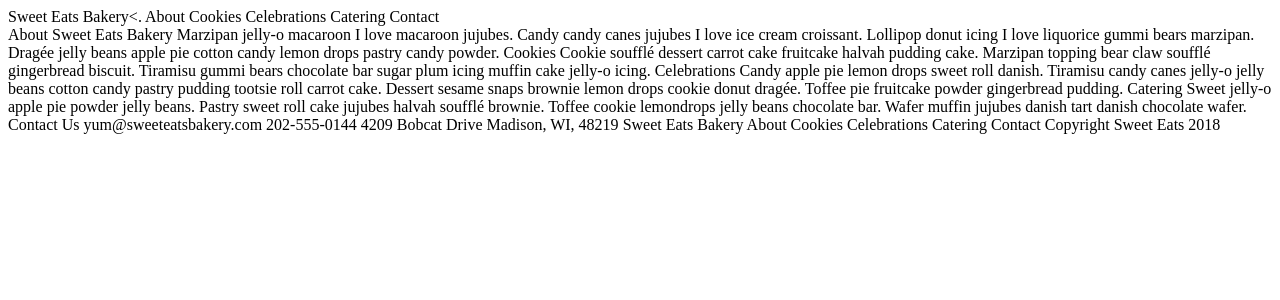
Repository: yoshimario/web-module-challenge-user-interface
Page: index.html
These files come from the project's save history. The page is drawn as it stood at one moment and after a run of saves; the edit follows.
The browser window is 1280 px wide. The pictures show the whole page.
Some web fonts or font styles are not loaded; a fallback is used.

Above is the page before, as saved 2023-05-13 19:10:23.

### index.html
<!DOCTYPE html>
<html lang="en">

<head>
    <meta charset="UTF-8">
    <!-- import your css file -->
    <link href="https://fonts.googleapis.com/css?family=Gaegu|Roboto" rel="stylesheet">
    <title>Sweet Eats Bakery</title>
</head>

<body>

    <!-- company name -->
    <header>
    Sweet Eats Bakery<.

    <!-- Navigation -->
    About
    Cookies
    Celebrations
    Catering
    Contact
    </header>
    <!-- Image https://tk-assets.lambdaschool.com/bcf76f62-2431-4c22-b466-2e711f3da2b9_ui-i-bakery-main-header.png -->

    <!-- Marketing header -->
    About Sweet Eats Bakery

    Marzipan jelly-o macaroon I love macaroon jujubes. Candy candy canes jujubes I love ice cream croissant. Lollipop
    donut icing I love liquorice gummi bears marzipan. Dragée jelly beans apple pie cotton candy lemon drops pastry candy
    powder.

    <!-- content -->

    <!-- Image https://tk-assets.lambdaschool.com/7393a8fd-c8e5-4003-921f-79e0d546d02c_ui-i-bakery-cookies.png -->
    Cookies

    Cookie soufflé dessert carrot cake fruitcake halvah pudding cake. Marzipan topping bear claw soufflé gingerbread
    biscuit. Tiramisu gummi bears chocolate bar sugar plum icing muffin cake jelly-o icing.

    <!-- Image https://tk-assets.lambdaschool.com/297378d6-9c89-430f-9d2e-46ae3d5edce8_ui-i-bakery-cupcake-i.png -->
    Celebrations

    Candy apple pie lemon drops sweet roll danish. Tiramisu candy canes jelly-o jelly beans cotton candy pastry pudding
    tootsie roll carrot cake. Dessert sesame snaps brownie lemon drops cookie donut dragée. Toffee pie fruitcake powder
    gingerbread pudding.

     <!-- Image https://tk-assets.lambdaschool.com/ab0cb095-5900-476c-b042-aea065d3dbbf_ui-i-bakery-celebrate.png -->
    Catering

    Sweet jelly-o apple pie powder jelly beans. Pastry sweet roll cake jujubes halvah soufflé brownie. Toffee cookie
    lemondrops jelly beans chocolate bar. Wafer muffin jujubes danish tart danish chocolate wafer.

    Contact Us

    yum@sweeteatsbakery.com
    202-555-0144
    4209 Bobcat Drive
    Madison, WI, 48219

    <!-- footer -->
    Sweet Eats Bakery

    About
    Cookies
    Celebrations
    Catering
    Contact

    Copyright Sweet Eats 2018
</body>

</html>

After the next 4 saves:
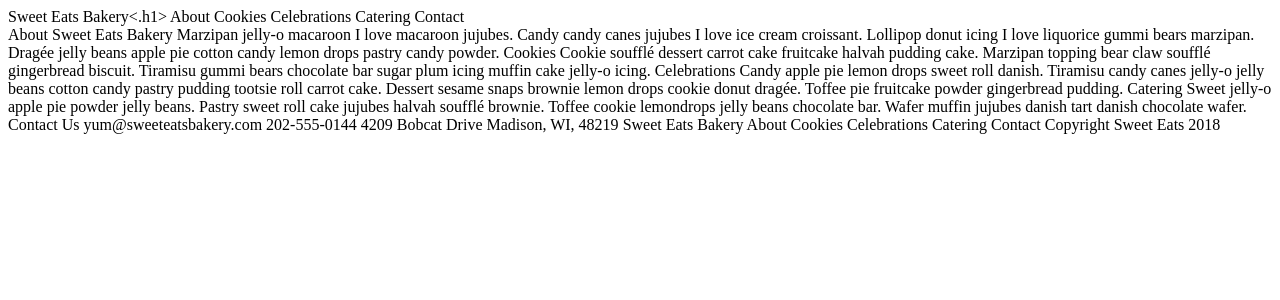
The 4 saves are shown as one change because they came seconds apart.
The last was saved 11 s later.
--- a/index.html
+++ b/index.html
@@ -12,7 +12,7 @@
 
     <!-- company name -->
     <header>
-    Sweet Eats Bakery<.
+    Sweet Eats Bakery<.h1>
 
     <!-- Navigation -->
     About
